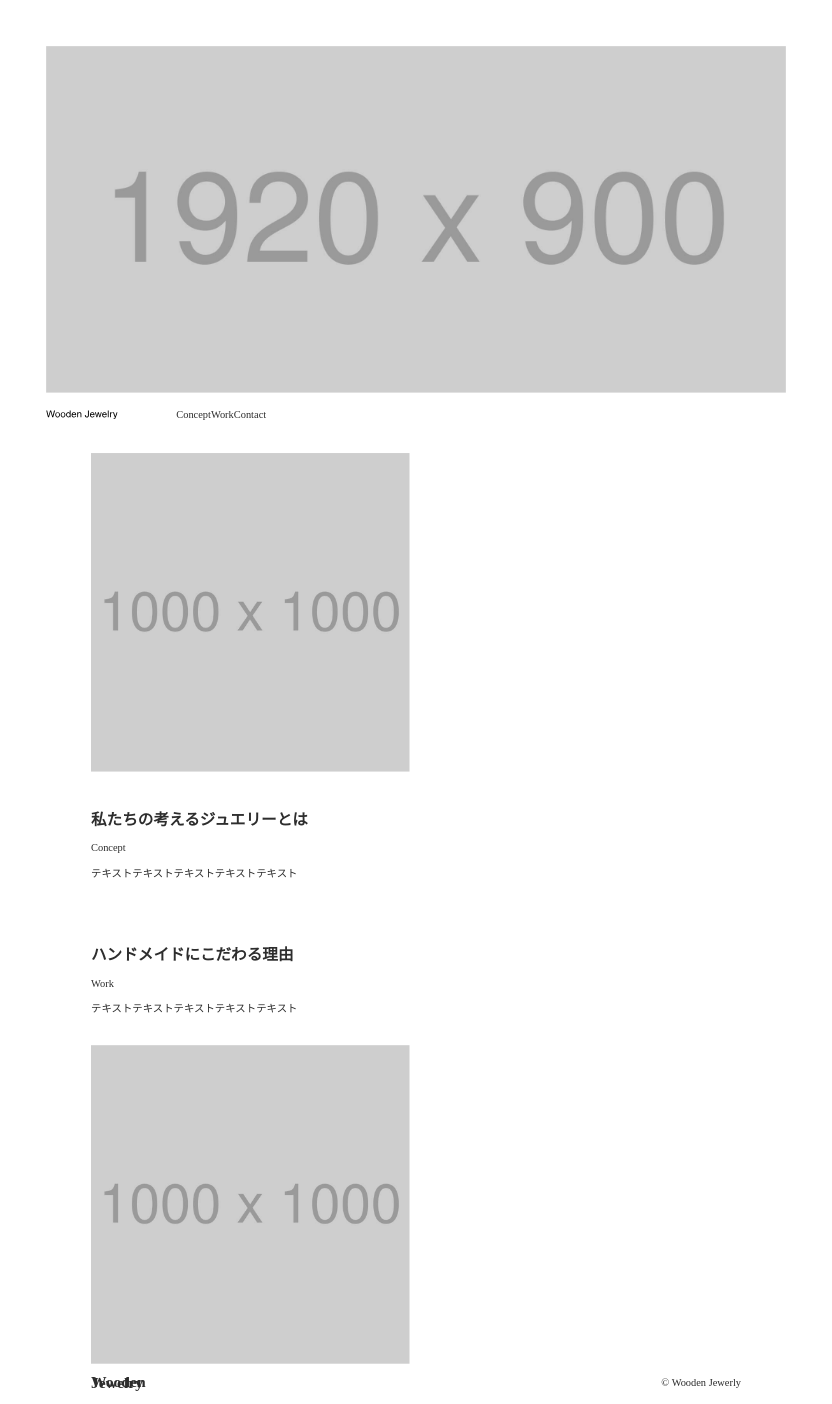
Repository: Fuki-san/jewelry
Page: http://localhost/jewelry
These files come from the project's save history. The page is drawn as it stood at one moment and after the next save; the edit follows.
The browser window is 1280 px wide. The pictures show the whole page, at 65% of full size.
The page is served by the project's Laravel application, run on PHP 8.4 with Laravel 10. Other server files are loaded and not shown.

Above is the page before, as saved 2023-11-26 14:49:17.

### routes/web.php
<?php

use Illuminate\Support\Facades\Route;

/*
|--------------------------------------------------------------------------
| Web Routes
|--------------------------------------------------------------------------
|
| Here is where you can register web routes for your application. These
| routes are loaded by the RouteServiceProvider and all of them will
| be assigned to the "web" middleware group. Make something great!
|
*/

Route::get('/', function () {
    return view('welcome');
});

Route::get('jewelry', function () {
    return view('jewelry');
});

### resources/views/jewelry.blade.php
@extends('layouts.main')

@section('title', 'jewelry')

@section('content')
    <div id="mainvisual">
        <img src="img/mainvisual.jpg">
    </div>
    <header id="header">
        <h1 class="site-title"><a href="#"><img src="img/logo.svg"></a></h1>
        <nav>
            <ul>
                <li><a href="#concept">Concept</a></li>
                <li><a href="#work">Work</a></li>
                <li><a href="mailto:xxx@xxx.xxx?subject=お問い合わせ">Contact</a></li>
            </ul>
        </nav>
    </header>

    <div class="container">
        <main>
            <section id="concept" class="content">
                <div class="img">
                    <img src="img/concept.jpg">
                </div>
                <div class="text">
                    <h2 class="section-title">私たちの考えるジュエリーとは</h2>
                    <span class="section-title-en">Concept</span>
                    <p>テキストテキストテキストテキストテキスト</p>
                </div>
            </section>

            <section id="work" class="content">
                <div class="text">
                    <h2 class="section-title">ハンドメイドにこだわる理由</h2>
                    <span class="section-title-en">Work</span>
                    <p>テキストテキストテキストテキストテキスト</p>
                </div>
                <div class="img">
                    <img src="img/work.jpg">
                </div>
            </section>
        </main>

        <footer id="footer">
            <h2 class="site-title">Wooden Jewelry</h2>
            <p class="copyright">&copy; Wooden Jewerly</p>
        </footer>
    </div>

@endsection

### resources/views/layouts/main.blade.php
<!DOCTYPE html>
<html lang="ja">
<head>
    <meta charset="UTF-8">
    <meta name="viewport" content="width=device-width, initial-scale=1.0">
    <meta http-equiv="X-UA-Compatible" content="ie=edge">
    <link rel="stylesheet" href="{{ asset('css/reset.css') }}">
    <link rel="stylesheet" href="{{ asset('css/style.css') }}">
    <link rel="icon" href="img/favicon.ico">
    <title>@yield('title')</title>
</head>
<body>
    @yield('content')
</body>
</html>

### public/css/style.css
@charset "utf-8";

html{
    font-size: 100%;
}
body{
    font-family: 'Crimson Text', serif;
    color: #2d2d2d;
}
ul{
    list-style: none;
}
a{
    text-decoration: none;
    color:#2d2d2d;
}

img{
    max-width: 100%;
    /* img親のdivのコンテンツラインと子のimgコンテンツラインの下端だけ少し隙間がある。
    その理由は、画像の横にテキストが入力された場合にデフォルトで定まっているvertical-align baseline
    が適応され、英文字のbaseline的に多少の文字の一部が下に出てしまうからであり、今回は文字もかかず、
    子imgと親divの下端の隙間はいらないため、vertical-align bottomで隙間を除去する。
    baselineとbottomの差は微小なので分かりずらいが、例えばgのbaselineはgフォントの下のクルンって
    なっているところの途中で baselineがくるが、bottomならほんとに一番下のクルンのところでくる
    隙間があるかどうかは親divのbackgroundcolorを設定すると分かりやすい */
    vertical-align: buttom;
}

.container{
    margin: 0 auto;
    max-width: 1000px;
    padding: 0 18px;
}

.site-title{
    width: 110px;
    line-height: 1px;
    margin-right: 50px;
}
.site-title a{
    display: block;
}
.section

.content{
    display: flex;
}
.img{
    width: 49%;
}
.text{
    width: 49%;
}

#mainvisual{
    padding: 5% 5% 0 5%;
}

#header{
    display: flex;
    align-items: center;
    padding: 0 5%;
}
#header ul{
    display: flex;
}

.container{
    padding-top: 30px;
}
.text{
    padding: 30px 0;
}


#footer {
    display: flex;
    justify-content: space-between;
    align-items: center;
}

### public/img/logo.svg
<?xml version="1.0" encoding="utf-8"?>
<!-- Generator: Adobe Illustrator 15.1.0, SVG Export Plug-In . SVG Version: 6.00 Build 0)  -->
<!DOCTYPE svg PUBLIC "-//W3C//DTD SVG 1.1//EN" "http://www.w3.org/Graphics/SVG/1.1/DTD/svg11.dtd">
<svg version="1.1" id="レイヤー_1" xmlns="http://www.w3.org/2000/svg" xmlns:xlink="http://www.w3.org/1999/xlink" x="0px"
	 y="0px" width="1000px" height="140px" viewBox="0 0 1000 140" enable-background="new 0 0 1000 140" xml:space="preserve">
<g>
	<path d="M39.405,111.195H25.498L0,13.294h14.317l18.271,79.63h0.273l21.952-79.63h14.454l21.953,79.63h0.273l18.271-79.63h14.59
		l-25.771,97.901H84.674l-22.362-81.13H62.04L39.405,111.195z"/>
	<path d="M160.348,37.837c22.771,0,33.133,19.226,33.133,37.634c0,18.407-10.362,37.633-33.133,37.633
		c-22.771,0-33.134-19.226-33.134-37.633C127.214,57.063,137.577,37.837,160.348,37.837z M160.348,102.741
		c17.18,0,20.726-17.726,20.726-27.27c0-9.545-3.545-27.271-20.726-27.271c-17.181,0-20.725,17.726-20.725,27.271
		C139.623,85.015,143.167,102.741,160.348,102.741z"/>
	<path d="M236.16,37.837c22.771,0,33.133,19.226,33.133,37.634c0,18.407-10.362,37.633-33.133,37.633
		c-22.771,0-33.134-19.226-33.134-37.633C203.026,57.063,213.389,37.837,236.16,37.837z M236.16,102.741
		c17.18,0,20.726-17.726,20.726-27.27c0-9.545-3.545-27.271-20.726-27.271c-17.181,0-20.725,17.726-20.725,27.271
		C215.435,85.015,218.979,102.741,236.16,102.741z"/>
	<path d="M342.105,111.195h-11.318v-9.817h-0.272c-5.182,9.681-13.362,11.863-20.316,11.863c-24.271,0-31.361-22.771-31.361-39.815
		c0-20.044,10.772-35.588,29.724-35.588c12.954,0,18.408,8.045,21.271,12.136l0.273-0.955V13.294h12V111.195z M310.471,102.877
		c7.637,0,19.499-5.044,19.499-23.998c0-11.59-1.909-30.271-19.226-30.271c-18.544,0-19.499,17.59-19.499,26.725
		C291.245,91.015,297.381,102.877,310.471,102.877z"/>
	<path d="M419.28,88.833c-0.408,3.409-3.681,13.499-12.681,19.499c-3.272,2.181-7.908,4.909-19.362,4.909
		c-20.043,0-31.907-15.135-31.907-35.725c0-22.089,10.636-39.679,34.225-39.679c20.589,0,30.679,16.363,30.679,41.588h-52.086
		c0,14.862,6.954,23.452,20.726,23.452c11.317,0,17.998-8.727,18.408-14.044H419.28z M407.827,69.88
		c-0.682-11.044-5.317-21.271-19.907-21.271c-11.045,0-19.771,10.227-19.771,21.271H407.827z"/>
	<path d="M492.638,111.195h-11.999V67.29c0-12.408-3.545-18.681-15.271-18.681c-6.817,0-18.817,4.363-18.817,23.726v38.86h-11.998
		V39.882h11.317v10.09h0.273c2.59-3.818,9.271-12.136,21.543-12.136c11.044,0,24.952,4.5,24.952,24.816V111.195z"/>
	<path d="M554.132,79.697v6.818c0,11.726,5.591,15.953,14.727,15.953c12.271,0,15.68-7.363,15.68-16.908V13.294h13.227v71.449
		c0,22.907-14.999,29.043-28.225,29.043c-22.771,0-27.815-15.272-27.815-24.407v-9.681H554.132z"/>
	<path d="M676.985,88.833c-0.409,3.409-3.682,13.499-12.681,19.499c-3.272,2.181-7.908,4.909-19.362,4.909
		c-20.044,0-31.906-15.135-31.906-35.725c0-22.089,10.636-39.679,34.225-39.679c20.589,0,30.679,16.363,30.679,41.588h-52.086
		c0,14.862,6.954,23.452,20.726,23.452c11.317,0,17.998-8.727,18.407-14.044H676.985z M665.531,69.88
		c-0.681-11.044-5.316-21.271-19.906-21.271c-11.045,0-19.771,10.227-19.771,21.271H665.531z"/>
	<path d="M715.574,111.195h-12.407l-20.59-71.313h13.091l13.634,56.041h0.273l13.771-56.041h13.362l13.908,56.041h0.273
		l14.453-56.041h11.998l-20.725,71.313h-12.409l-14.453-55.223h-0.272L715.574,111.195z"/>
	<path d="M847.153,88.833c-0.409,3.409-3.682,13.499-12.681,19.499c-3.272,2.181-7.908,4.909-19.362,4.909
		c-20.044,0-31.906-15.135-31.906-35.725c0-22.089,10.635-39.679,34.225-39.679c20.589,0,30.679,16.363,30.679,41.588h-52.086
		c0,14.862,6.954,23.452,20.726,23.452c11.317,0,17.998-8.727,18.407-14.044H847.153z M835.699,69.88
		c-0.682-11.044-5.316-21.271-19.906-21.271c-11.045,0-19.771,10.227-19.771,21.271H835.699z"/>
	<path d="M874.695,111.195h-11.998V13.294h11.998V111.195z"/>
	<path d="M906.327,111.195h-11.999V39.882h11.318v11.863h0.271c4.772-8.318,11.045-13.909,20.045-13.909
		c1.499,0,2.181,0.137,3.135,0.409v12.408h-4.499c-11.182,0-18.271,8.727-18.271,19.09V111.195z"/>
	<path d="M986.774,39.882H1000c-8.317,23.316-16.499,46.633-25.634,69.949c-11.317,28.907-12.544,30.543-27.953,30.543
		c-1.772,0-3.135-0.545-5.044-1.091v-10.908c1.499,0.545,3.954,1.227,7.227,1.227c6.272,0,6.954-1.772,12.681-16.499l-26.453-73.221
		h13.636l18.953,58.086h0.273L986.774,39.882z"/>
</g>
</svg>

After the next save:
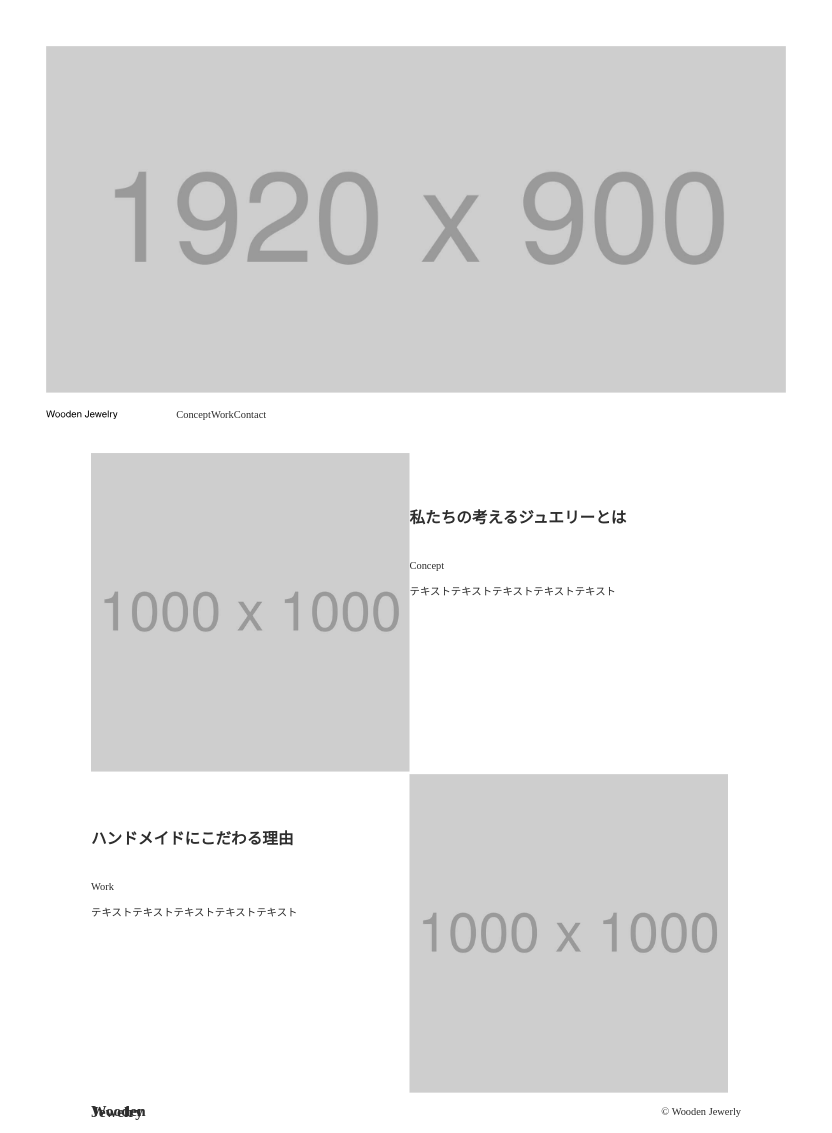
Saved 4 s later.
--- a/public/css/style.css
+++ b/public/css/style.css
@@ -41,7 +41,11 @@ img{
 .site-title a{
     display: block;
 }
-.section
+.section-title{
+    font-size: 1.5rem;
+    font-weight: bold;
+    padding: 30px 0;
+}
 
 .content{
     display: flex;
